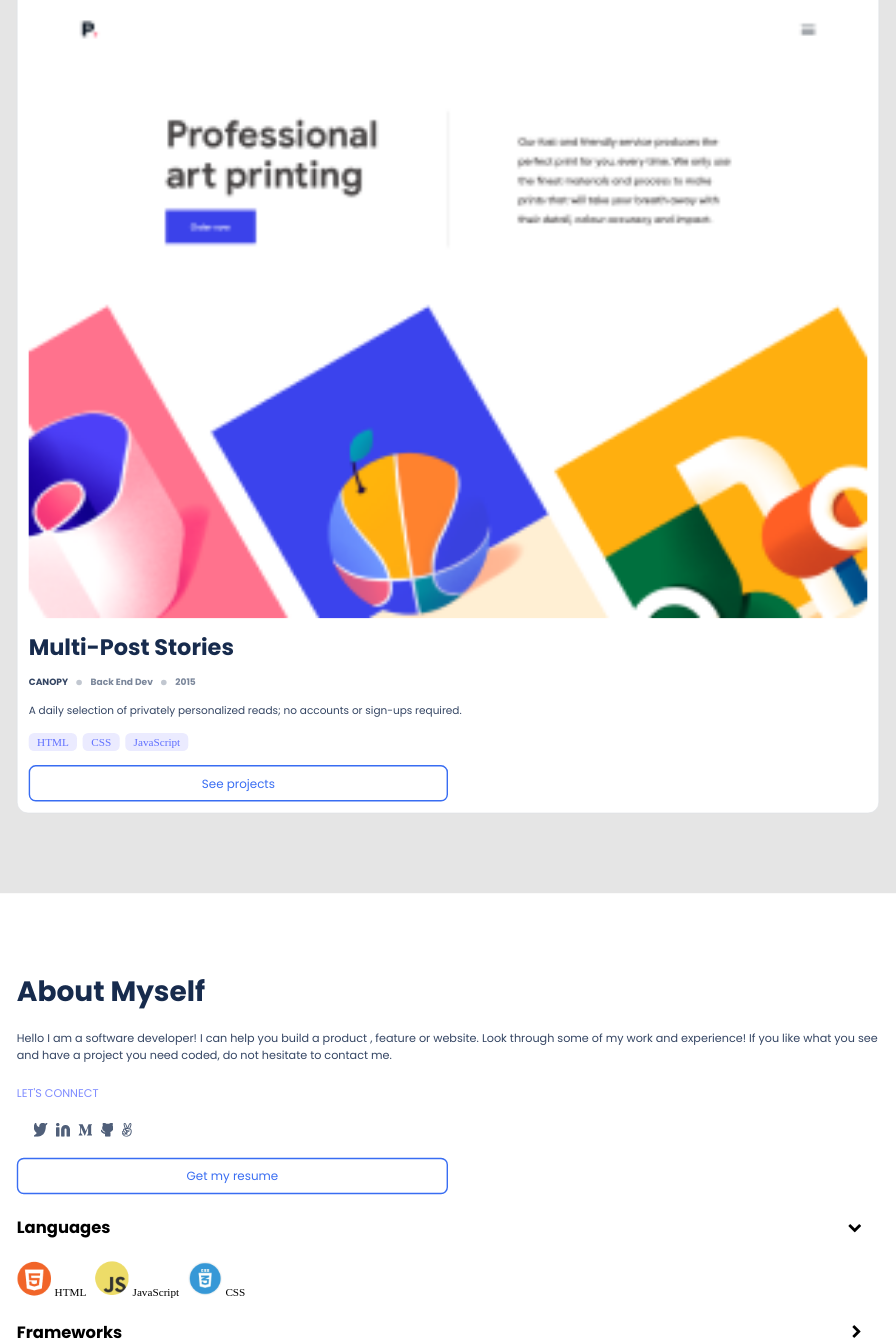
Repository: Paulinelali/potfoilo.github.io
Page: public/index.html
An editor plug-in stored every save of this project. The page is shown before and after a run of saves, followed by the edit.
The browser window is 1280 px wide. The pictures show the part of the page from y = 4580 to 6500 px (the page is 6880 px tall before and 7013 px after), at 70% of full size.

Above is the page before, as saved 2023-03-31 08:22:24.

### public/index.html
<!DOCTYPE html>
<html lang="en">
<head>
    <meta charset="UTF-8">
    <meta http-equiv="X-UA-Compatible" content="IE=edge">
    <meta name="viewport" content="width=device-width, initial-scale=1.0">
    <link rel="preconnect" href="https://fonts.googleapis.com">
    <link rel="preconnect" href="https://fonts.gstatic.com" crossorigin>
    <link href="https://fonts.googleapis.com/css2?family=Poppins:wght@400;700&display=swap" rel="stylesheet">
    <link rel="stylesheet" href="https://cdnjs.cloudflare.com/ajax/libs/font-awesome/4.7.0/css/font-awesome.min.css">
    <link rel="stylesheet" href="../styles/style.css">
    <title>Ayomide S.E.P</title>
</head>
<body>
    <header class="header">
        <nav class="nav pad-aside">
            <a href="#">
                <img src="../assets/Logo Placeholder.png" alt="">
            </a>
            <a href="#"><img src="../assets/Normal Button/Tertiary/Enabled.png" alt=""></a>
        </nav>
        <section class="intro">
            <div class="introc-content pad-aside">
                <h1 class="pad-aside">
                    I am Ayomide.
                Glad to see you!
                </h1>
                <p class="pad-aside">
                    I am a software developer! I can help you build a product , feature or website   Look through some of my work and
                    experience! If you like what you see and have a project you need coded,
                    do not hesitate to contact me.
                </p>
                <h3 class="pad-aside">
                    LET'S CONNECT
                </h3>
                <div class="social-icons pad-aside ">
                    <img src="../assets/social icons/Vector.svg" alt="">
                    <img src="../assets/social icons/Linkedin icon.svg" alt="">
                    <img src="../assets/social icons/Vector (1).svg" alt="">
                    <img src="../assets/social icons/Vector (2).svg" alt="">
                    <img src="../assets/social icons/Vector (3).svg" alt="">
                </div>
            </div>
        </section>
    </header>

    <section class="card-wrapper  margin-h-24 pad-both">
        <img class="" src="../assets/1.png" alt="">
        <h2>Tonic</h2>
        <div class="canopy-list-wrapper">
            <ul class="canopy-list">
                <li><b>CANOPY</b></li>
                <li class="card-empty-list"></li>
                <li>Back End Dev</li>
                <li class="card-empty-list"></li>
                <li>2015</li>
            </ul>
        </div>
        <p>
            A daily selection of privately personalized reads; no accounts or sign-ups required.
        </p>
        <div class="tech-used">
            <span>
                HTML
            </span>
            <span>
                CSS
            </span>
            <span>
                JavaScript
            </span>
        </div>
        <button class="see-projects-btn btn">
            See projects
        </button>
    </section>

    <section class="card-wrapper  margin-h-24 pad-both">
        <img class="" src="../assets/2.png" alt="">
        <h2>Multi-Post
            Stories</h2>
        <div class="canopy-list-wrapper">
            <ul class="canopy-list">
                <li><b>CANOPY</b></li>
                <li class="card-empty-list"></li>
                <li>Back End Dev</li>
                <li class="card-empty-list"></li>
                <li>2015</li>
            </ul>
        </div>
        <p>
            A daily selection of privately personalized reads; no accounts or sign-ups required.
        </p>
        <div class="tech-used">
            <span>
                HTML
            </span>
            <span>
                CSS
            </span>
            <span>
                JavaScript
            </span>
        </div>
        <button class="see-projects-btn btn">
            See projects
        </button>
    </section>


    <section class="card-wrapper  margin-h-24 pad-both">
        <img class="" src="../assets/3.png" alt="">
        <h2>Tonic</h2>
        <div class="canopy-list-wrapper">
            <ul class="canopy-list">
                <li><b>CANOPY</b></li>
                <li class="card-empty-list"></li>
                <li>Back End Dev</li>
                <li class="card-empty-list"></li>
                <li>2015</li>
            </ul>
        </div>
        <p>
            A daily selection of privately personalized reads; no accounts or sign-ups required.
        </p>
        <div class="tech-used">
            <span>
                HTML
            </span>
            <span>
                CSS
            </span>
            <span>
                JavaScript
            </span>
        </div>
        <button class="see-projects-btn btn">
            See projects
        </button>
    </section>


    <section class="card-wrapper  margin-h-24 pad-both">
        <img class="" src="../assets/4.png" alt="">
        <h2>Multi-Post
            Stories</h2>
        <div class="canopy-list-wrapper">
            <ul class="canopy-list">
                <li><b>CANOPY</b></li>
                <li class="card-empty-list"></li>
                <li>Back End Dev</li>
                <li class="card-empty-list"></li>
                <li>2015</li>
            </ul>
        </div>
        <p>
            A daily selection of privately personalized reads; no accounts or sign-ups required.
        </p>
        <div class="tech-used">
            <span>
                HTML
            </span>
            <span>
                CSS
            </span>
            <span>
                JavaScript
            </span>
        </div>
        <button class="see-projects-btn btn">
            See projects
        </button>
    </section>

    <section class="last-section">
        <h1>About Myself</h1>
        <p>
            Hello I am a software developer! I can help you build a product , feature or website. Look through some of
            my work and experience! If you like what you see and have a project you need coded, do not hesitate to contact me.
        </p>
        <h3>LET'S CONNECT</h3>
        <div class="social-icons pad-aside ">
            <img src="../assets/social icons/Vector.svg" alt="">
            <img src="../assets/social icons/Linkedin icon.svg" alt="">
            <img src="../assets/social icons/Vector (1).svg" alt="">
            <img src="../assets/social icons/Vector (2).svg" alt="">
            <img src="../assets/social icons/Vector (3).svg" alt="">
        </div>
        <button class="see-projects-btn btn">
            Get my resume
        </button>
        <div class="language">
            <h3>Languages</h3>
            <i class="fa fa-chevron-down"></i>
        </div>
        <div class="language-list">
            <div class="html">
                <img src="../assets/html.png" alt="">
                <span>HTML</span>
            </div>

            <div class="js">
                <img src="../assets/js.png" alt="">
                JavaScript
            </div>

            <div class="css">
                <img src="../assets/css.png" alt="">
                <span>CSS</span>
            </div>
        </div>
        <div class="frameworks">
            <h3>Frameworks</h3>
            <i class="fa fa-chevron-right"></i>
        </div>
        <div class="skills">
            <h3>Skills</h3>
            <i class="fa fa-chevron-right"></i>
        </div>
    </section>
</body>
</html>

### styles/style.css
*{
  margin: 0px;
  padding: 0px;
}


@import url('https://fonts.googleapis.com/css2?family=Poppins:wght@400;700&display=swap');

body{
  background-color: #E5E5E5;;
}

.pad-vet{
  padding: 16px 0px 0px 0px;
}
.pad-both{
  padding: 16px;
}
.pad-aside{
  padding: 0px 24px;
}

.margin-v-24{
  margin: 24px 0px;
}
.margin-h-24{
  margin: 0px 24px;
}

.header{
  display: flex;
  flex-direction: column;
  gap: 50px;
  background-color: white;
  border-radius: 0px 0px 0px 50px;
  -webkit-border-radius: 0px 0px 0px 50px;
  -moz-border-radius: 0px 0px 0px 50px;
  -ms-border-radius: 0px 0px 0px 50px;
  -o-border-radius: 0px 0px 0px 50px;
}
.nav{
  display: flex;
  justify-content: space-between;
}

.introc-content{
  display: flex;
  flex-direction: column;
  gap: 12px;
  padding: 128px 0px;
  background-image: url("../assets/header-shapes\ mobile.png");
  background-size: contain;
  background-repeat: no-repeat;

}
.introc-content h1{
  font-family: 'Poppins';
  font-style: normal;
  font-weight: 700;
  font-size: 40px;
  line-height: 52px;
  color: #172B4D;

}

.introc-content p{
  font-family: 'Poppins';
  font-style: normal;
  font-weight: 400;
  font-size: 16px;
  line-height: 24px;
  color: #344563;
}
.introc-content h3{
  color: rgba(127, 140, 255, 1);

}

.social-icons{
  display: flex;
  gap: 12px;

}

.card-wrapper{
  display: flex;
  flex-direction: column;
  justify-content: center;
  gap: 20px;
  background: #FFFFFF;
  border: 1px solid #DFE1E6;
  border-radius: 16px;
  margin: 114px 24px;
}

.card-wrapper h2{
  font-family: 'Poppins';
  font-style: normal;
  font-weight: 700;
  font-size: 32px;
  line-height: 44px;
  color: #172B4D;
}

.card-wrapper p{
  font-family: 'Poppins';
  font-style: normal;
  font-weight: 400;
  font-size: 15px;
  line-height: 24px;
  color: #344563;
}

.canopy-list{
  display: flex;
  list-style-type: none;
  gap: 12px;
}
.canopy-list .card-empty-list{
  width: 8px;
  height: 8px;
  background: #C1C7D0;
  border-radius: 50%;
  -webkit-border-radius: 50%;
  -moz-border-radius: 50%;
  -ms-border-radius: 50%;
  -o-border-radius: 50%;
  align-self: center;
}

.canopy-list li:nth-child(1){
  font-family: 'Poppins';
  font-style: normal;
  font-weight: 600;
  font-size: 13px;
  line-height: 16px;
  color: #344563;
}
.canopy-list li:nth-child(3), .canopy-list li:nth-child(5){
  color: #7A869A;
  font-family: 'Poppins';
  font-style: normal;
  font-weight: 600;
  font-size: 13px;
  line-height: 16px;
}

.tech-used{
  display: flex;
  gap: 8px;
}

.tech-used span{
  display: flex;
  flex-direction: row;
  align-items: center;
  padding: 4px 12px;
  background: #EBEBFF;
  border-radius: 8px;
  color: #6070FF;
}

.see-projects-btn{
  padding: 12px;
  font-family: 'Poppins';
  font-style: normal;
  font-weight: 500;
  font-size: 17px;
  line-height: 24px;
  color: #396DF2;
  background: rgba(57, 109, 242, 0);
  width: 50%;
  border: 2px solid #396DF2;
  border-radius: 10px;
  -webkit-border-radius: 10px;
  -moz-border-radius: 10px;
  -ms-border-radius: 10px;
  -o-border-radius: 10px;
}

.last-section{
  display: flex;
  flex-direction: column;
  gap: 30px;
  background: #FFFFFF;
  padding: 114px 24px 314px 24px
}

.last-section h1{
  font-family: 'Poppins';
font-style: normal;
font-weight: 700;
font-size: 40px;
line-height: 52px;
display: flex;
align-items: center;
color: #172B4D;
}

.last-section p{
  font-family: 'Poppins';
font-style: normal;
font-weight: 400;
font-size: 16px;
line-height: 24px;
color: #344563;
}

.last-section > h3{
font-family: 'Poppins';
font-style: normal;
font-weight: 500;
font-size: 16px;
line-height: 24px;
color: #7F8CFF;
}

.language, .frameworks, .skills{
  display: flex;
  justify-content: space-between;
  padding-right: 25px;
  font-family: 'Poppins';
  font-style: normal;
  font-weight: 500;
  font-size: 20px;
  align-items: center;
  color: #000000;
}

.language-list{
  display: flex;
  gap: 12px;
}

After the next 3 saves:
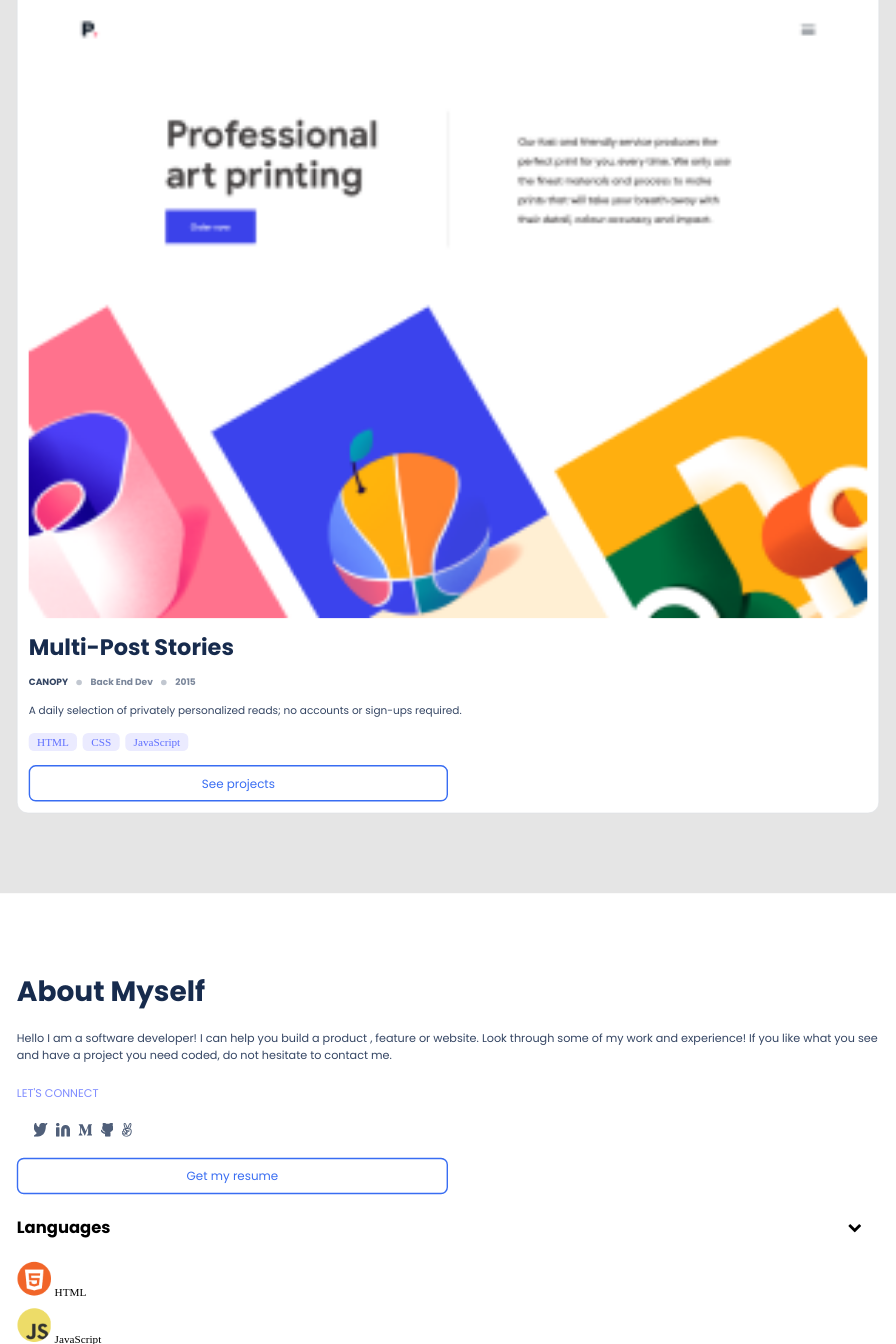
The 3 saves are shown as one change because they came seconds apart.
The last was saved 16 s later.
--- a/styles/style.css
+++ b/styles/style.css
@@ -229,5 +229,6 @@ color: #7F8CFF;
 
 .language-list{
   display: flex;
-  gap: 12px;
-}
+  flex-direction: column;
+  gap: 12px;
+}
